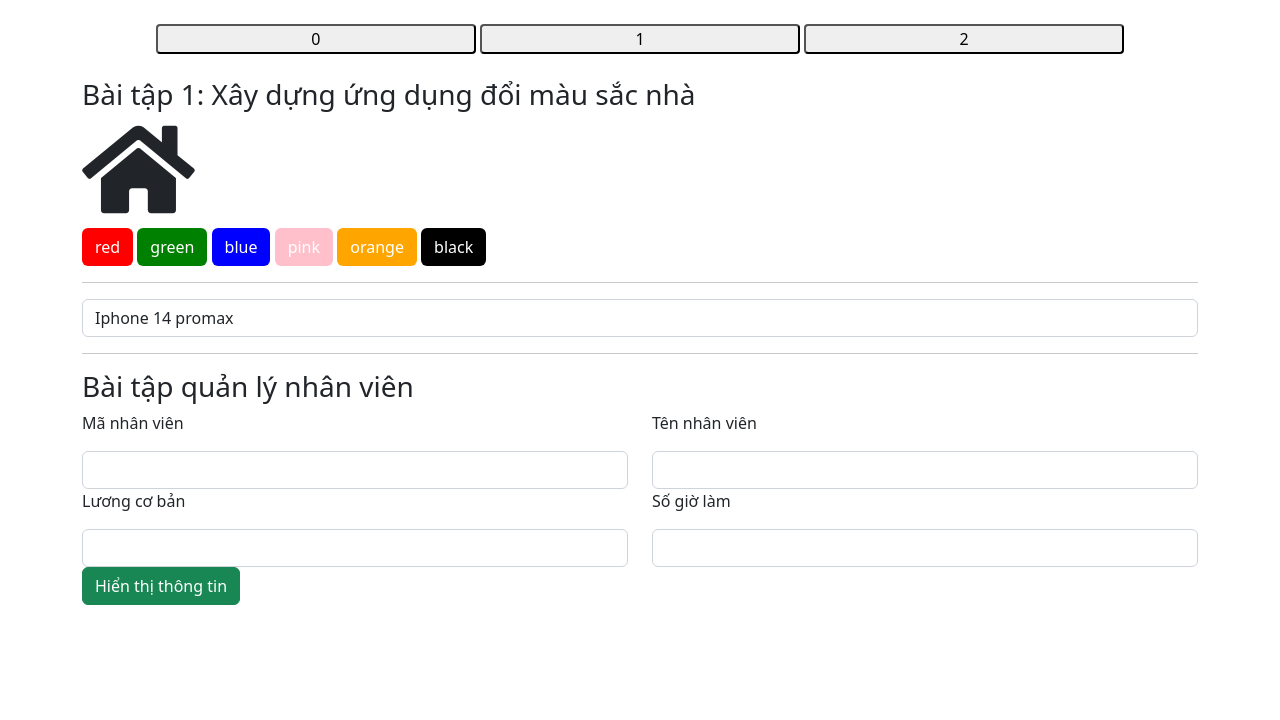
Repository: hcozyph/CyberSoft_Bai_Tap_Tren_Lop
Page: ES6/ES6_BASIC/index.html
These files come from the project's save history. The page is drawn as it stood at one moment and after the next save; the edit follows.
The browser window is 1280 px wide. The pictures show the whole page.
Some web libraries are served in a nearby version.

Above is the page before, as saved 2023-03-22 20:11:23.

After the next save:
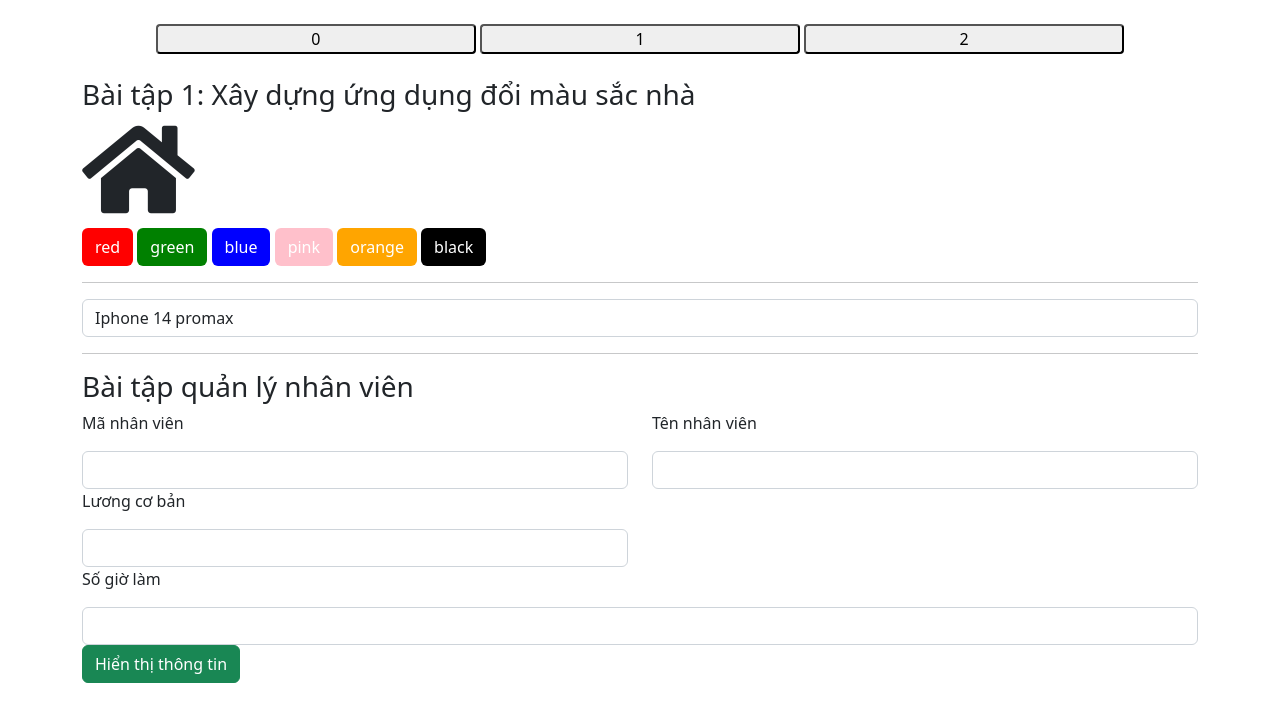
Saved 32 s later.
--- a/ES6/ES6_BASIC/index.html
+++ b/ES6/ES6_BASIC/index.html
@@ -86,7 +86,6 @@
                             />
                         </div>
                     </div>
-                    <div class="col-md-6">
                         <div class="form-group">
                             <p>Số giờ làm</p>
                             <input
@@ -97,7 +96,6 @@
                             />
                         </div>
                     </div>
-                    <div class="col-md-6">
                         <div class="form-group">
                             <button class="btn btn-success" type="submit">
                                 Hiển thị thông tin
